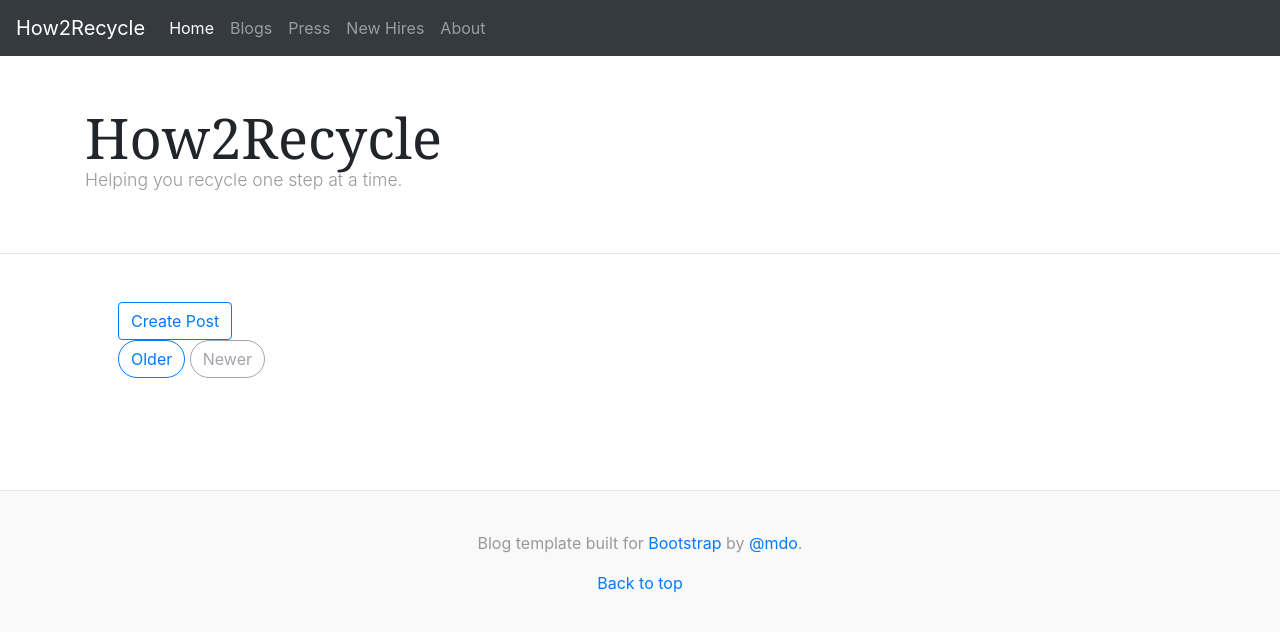
Repository: AshokSasi/CopyNPasta-Recycle-App
Page: http://localhost/posts/index
An editor plug-in stored every save of this project. The page is shown before and after the next save, followed by the edit.
The browser window is 1280 px wide. The pictures show the whole page.
The page is served by the project's Laravel application, run on PHP 8.4 with Laravel 8. Queries for data that is not in the repository find no rows.

Above is the page before, as saved 2021-09-25 15:10:51.

After the next save:
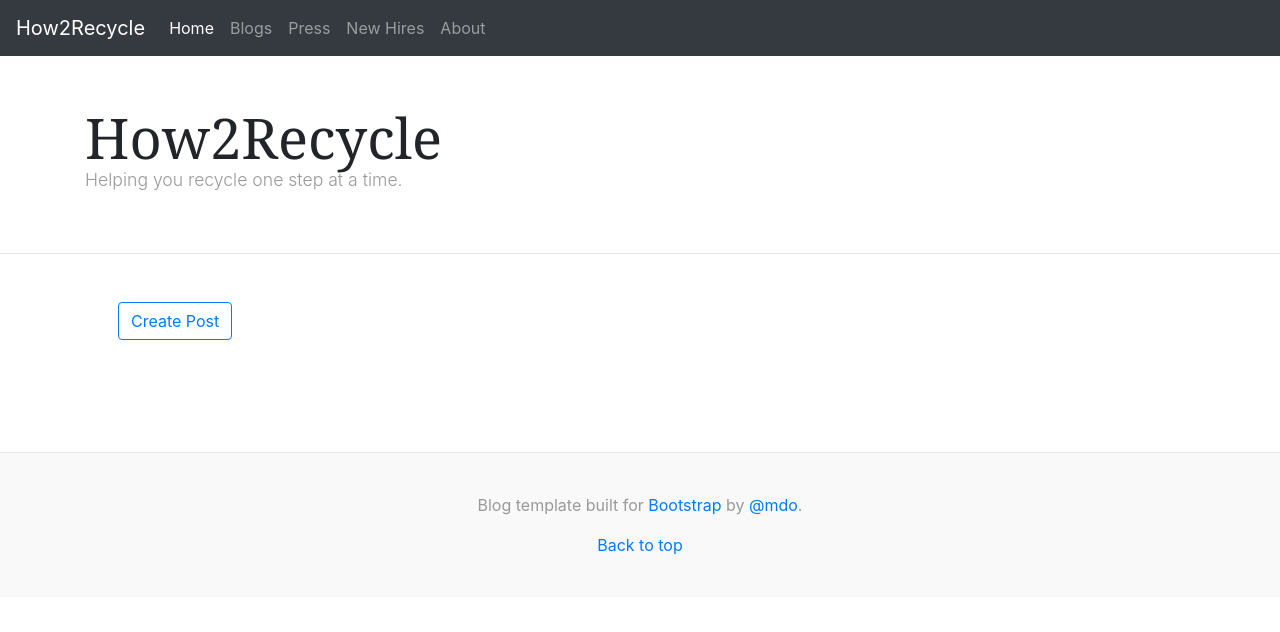
Saved 8 s later.
--- a/resources/views/posts/index.blade.php
+++ b/resources/views/posts/index.blade.php
@@ -15,8 +15,7 @@
 
 
           <nav class="blog-pagination">
-            <a class="btn btn-outline-primary" href="#">Older</a>
-            <a class="btn btn-outline-secondary disabled" href="#">Newer</a>
+
           </nav>
 
         </div><!-- /.blog-main -->
